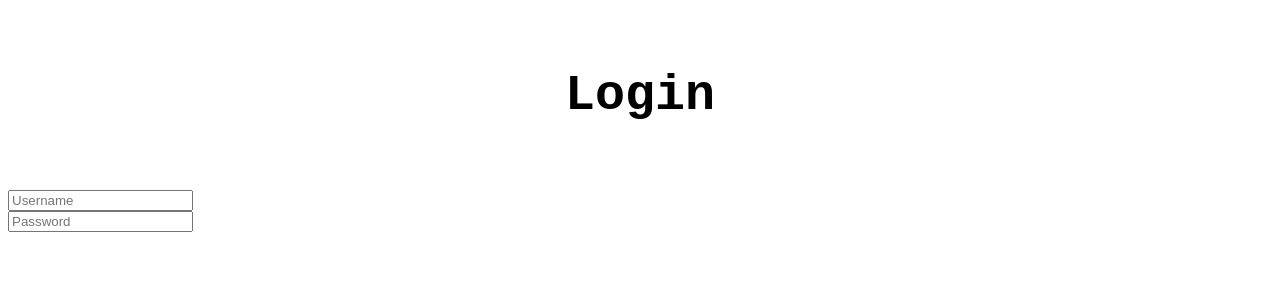
Repository: yhung004/TUTORIAL_PAGE
Page: log_in.html
The author's editor kept a copy of each file at every save. The page is drawn from the files as they stood at one save, then again after the next save.
The browser window is 1280 px wide. The pictures show the whole page.

Above is the page before, as saved 2024-04-10 12:09:21.

### log_in.html
<!DOCTYPE html>
<html lang="en">
<head>
    <meta charset="UTF-8">
    <meta name="viewport" content="width=device-width, initial-scale=1.0">
    <title>Login</title>
    <link rel="stylesheet" href="main.css">
</head>
<body>
    <h4 class="login">Login</h4>
    <input type="text" placeholder="Username" class="username"> <br>
    <input type="text" placeholder="Password" class="password">
</body>
</html>

### main.css
.welcome{
    text-align: center;
    font-family: 'Courier New', Courier, monospace;
    font-size: 30px;
    margin-top: 80px;
}
.welcome_text {
    margin-top: 20px;
    text-align:center;
    font-family: 'Courier New', Courier, monospace;
    font-size: 30px;
}
.button_a {
    position: relative;
    left: 580px;
    border: 1px solid black;
    background-color:white;
    border-radius: 30px;
    font-size: 40px;
    padding: 2px 18px 2px 18px;
    margin-top: 20px;
}
.button_b {
    position: relative;
    right: -600px;
    border : 1px solid black;
    border-radius: 40px;
    background-color: rgb(63, 60, 60);
    color:white;
    font-size: 40px;
    padding: 2px 7px 2px 7px;
    margin-top: 20px;
}
a.button_b1 {
    text-decoration: none;
    color:white;
}
a.button_a1 {
    text-decoration:none;
    color:black;
}
.login {
    text-align:center;
    font-size: 50px;
    font-family: monospace;
}

After the next save:
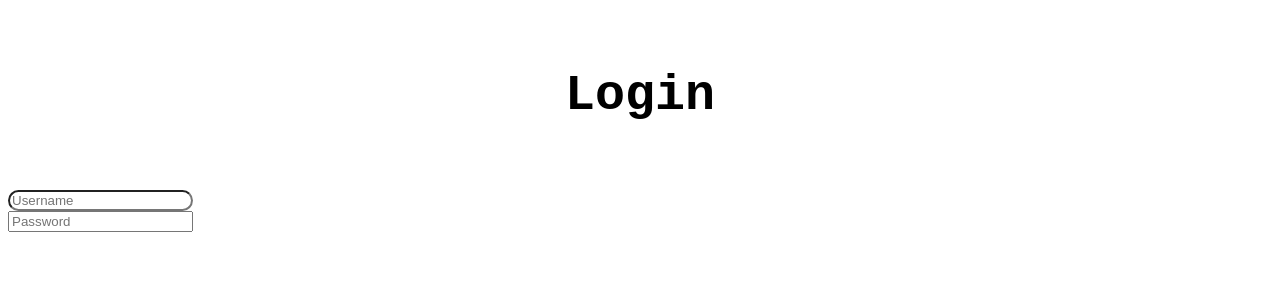
Saved 30 s later.
--- a/main.css
+++ b/main.css
@@ -44,3 +44,6 @@ a.button_a1 {
     font-size: 50px;
     font-family: monospace;
 }
+.username {
+    border-radius: 30px
+}
